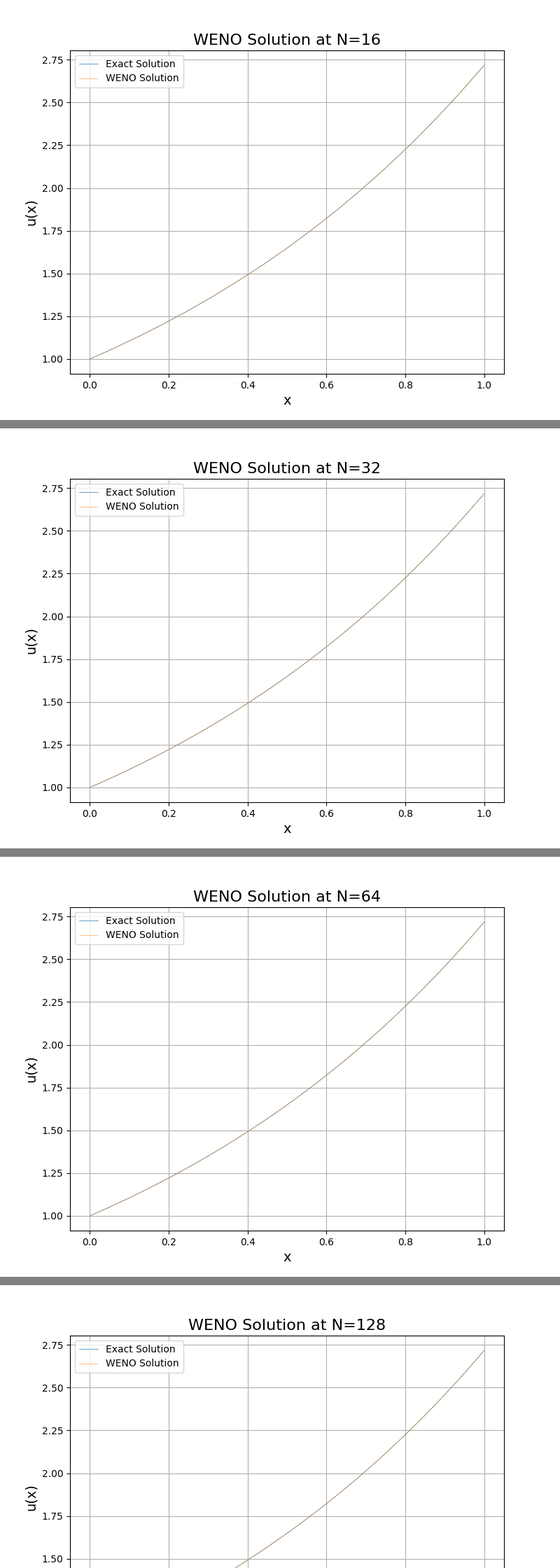
Repository: mishiroo/WENO
Script's output: python main.py
An editor plug-in stored every save of this project. The script's output is shown before and after a run of saves, followed by the edit.
The pictures show rows 0 to 2240 of an output 3048 px tall, at 70% of full size.
Each picture stacks the figures in order, with grey between them; figures that are only written to a file come last. Random numbers start from a fixed seed.

Above is the script's output before, as saved 2024-12-12 20:20:38.

After the next 2 saves:
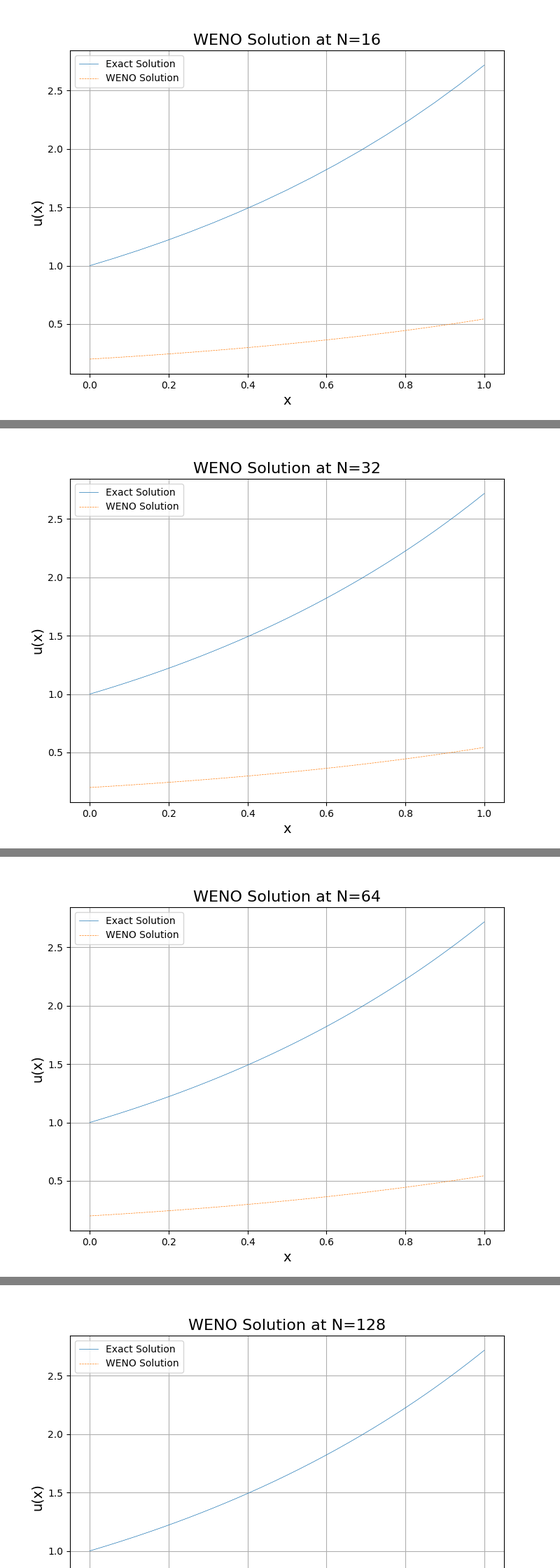
The 2 saves are shown as one change because 1 did not build or start.
The last was saved 28 s later.
--- a/main.py
+++ b/main.py
@@ -14,11 +14,11 @@ for n in NList:
     mesh = WENO.Mesh(0, 1, n)  # 实例化的Mesh mesh.mesh访问网格本身
     mesh.SetTestAverageValues()
     theo_values = np.exp(mesh.mesh)
-    weno = WENO.WENO1D(mesh=mesh.mesh, avg_values=mesh.avg_values, k=3)
+    weno = WENO.WENO1D(mesh=mesh.mesh, avg_values=mesh.avg_values, k=5)
 
     # weno5_solution = weno.Reconstruct()
     # 模板为5的计算结果
-    weno5_solution = weno.Reconstruct()
+    weno5_solution = weno.StencilReconstruct_all()
     # 统计误差
     linf_err_list.append(EA.LinfError(theo_values, weno5_solution))
     l2_err_list.append(EA.L2Error(theo_values, weno5_solution))

After the save that followed:
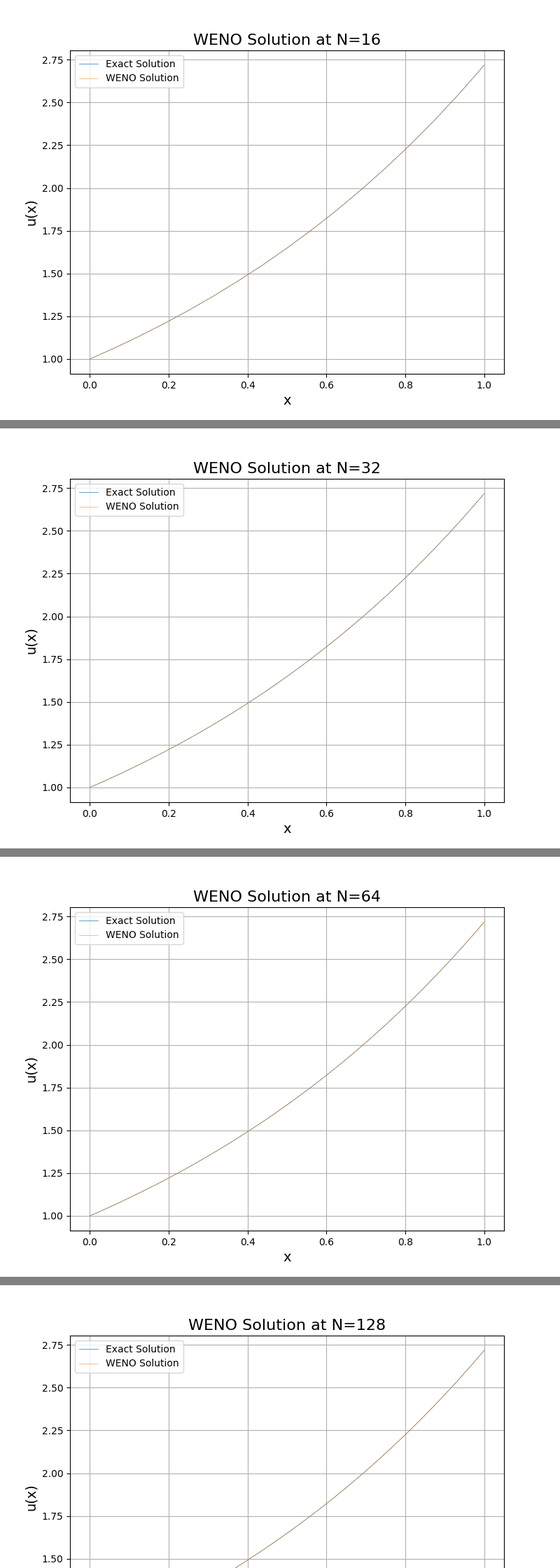
Saved 14 s later.
--- a/WENO.py
+++ b/WENO.py
@@ -48,7 +48,7 @@ class WENO1D:
             )
         elif self.order == 9:
             # 直接得到五阶模板 加权可以得到九阶模板
-            self.weights_d = np.array([0, 0, 1, 0, 0]) / 5  # 书上没有对应权重 取中间的权重
+            self.weights_d = np.array([0, 0, 1, 0, 0])  # 书上没有对应权重 取中间的权重
             self.C = np.array(
                 [
                     [1 / 5, -21 / 20, 137 / 60, -163 / 60, 137 / 60],
